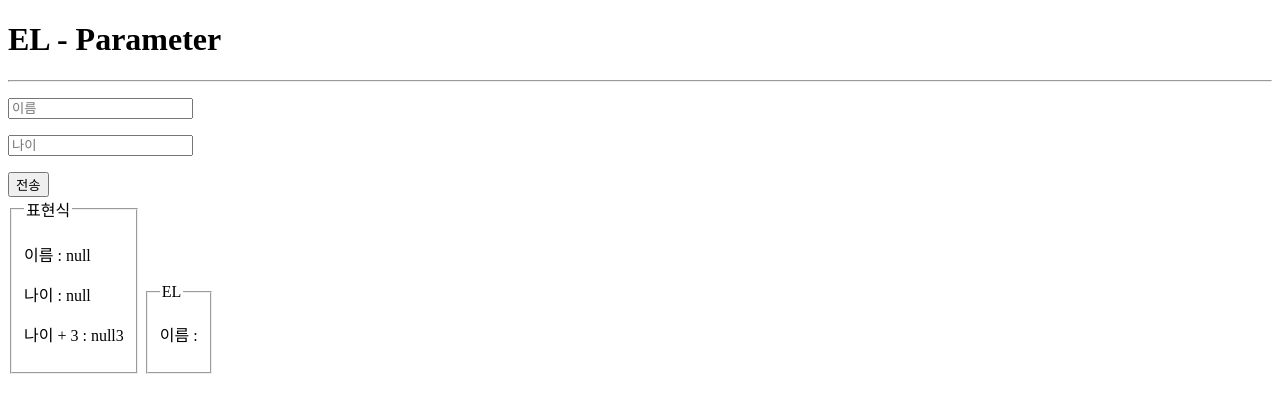
Repository: ChimmyWorld/JSP
Page: http://localhost/Day53/ex03.jsp
The author's editor kept a copy of each file at every save. The page is drawn from the files as they stood at one save, then again after the next save.
The browser window is 1280 px wide. The pictures show the whole page.
The page is served by Tomcat 9. Other server files are loaded and not shown.

Above is the page before, as saved 2023-09-22 02:33:56.

### Day53/WebContent/ex03.jsp
<%@ page language="java" contentType="text/html; charset=UTF-8"
    pageEncoding="UTF-8"%>
<!DOCTYPE html>
<html>
<head>
<meta charset="UTF-8">
<title>ex03.html</title>
<style>
	fieldset { display: inline-block;}
</style>
</head>
<body>
	<h1>EL - Parameter</h1>
	<hr>

	<form>
		<p><input name="name" placeholder="이름 " required></p>
		<p><input name="age" type="number" placeholder="나이" required></p>

		<button>전송</button>
	</form>

	<fieldset>
		<legend>표현식</legend>

		<p>이름 : <%=request.getParameter("name") %></p>
		<p>나이 : <%=request.getParameter("age") %></p>
		<p>나이  + 3 : <%=request.getParameter("age") + 3 %></p>
	</fieldset>

	<fieldset>
		<legend>EL</legend>

		<p>이름 : ${param.name }</p>
	</fieldset>
</body>
</html>

After the next save:
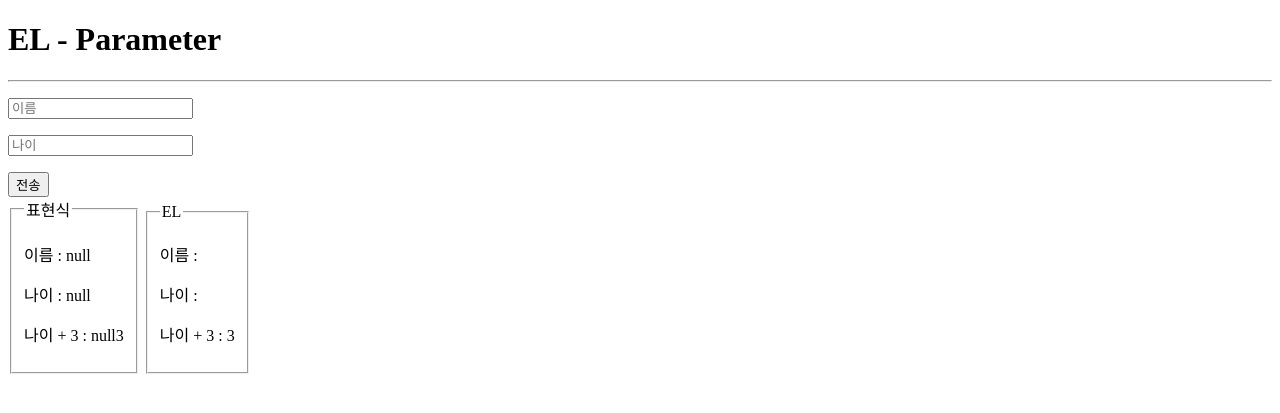
Saved 117 s later.
--- a/Day53/WebContent/ex03.jsp
+++ b/Day53/WebContent/ex03.jsp
@@ -32,6 +32,8 @@
 		<legend>EL</legend>
 
 		<p>이름 : ${param.name }</p>
+		<p>나이 : ${param.age }</p>
+		<p>나이 + 3 : ${param.name + 3}</p>
 	</fieldset>
 </body>
 </html>
